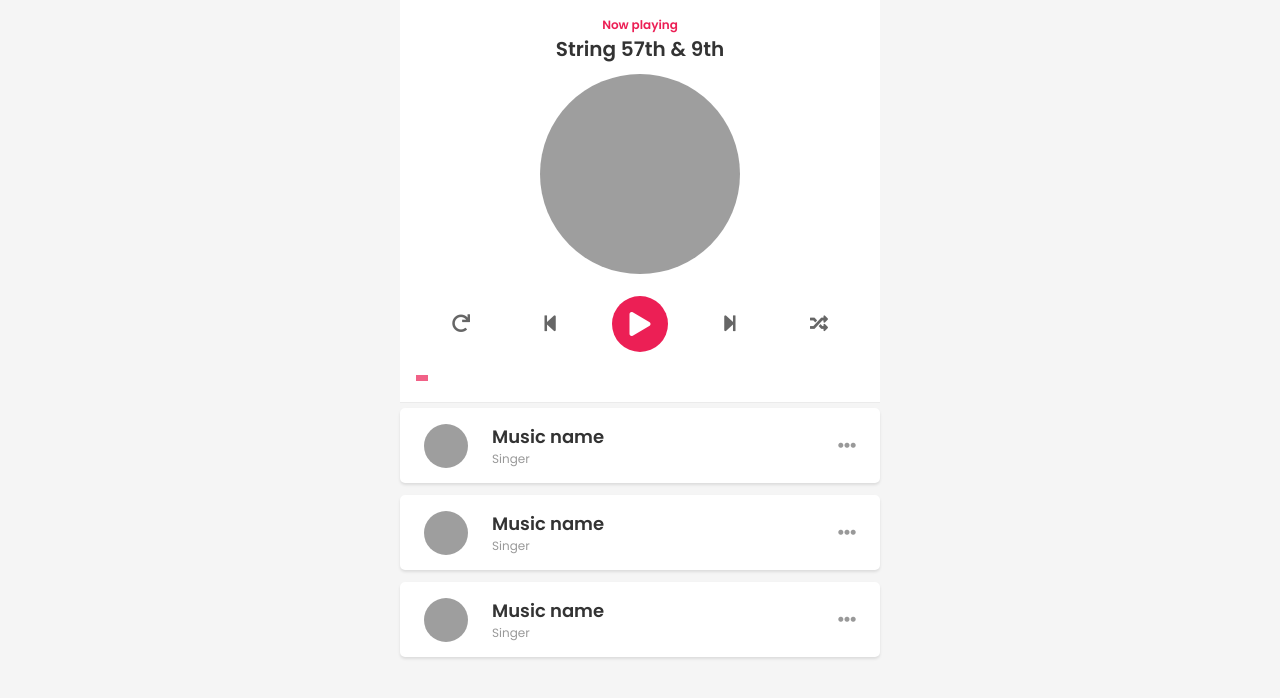
Repository: NBlue/Music_Player
Page: index.html
An editor plug-in stored every save of this project. The page is shown before and after the next save, followed by the edit.
The browser window is 1280 px wide. The pictures show the whole page.
Pictures or frames that could not be fetched are drawn as grey boxes.

Above is the page before, as saved 2021-10-12 23:30:05.

After the next save:
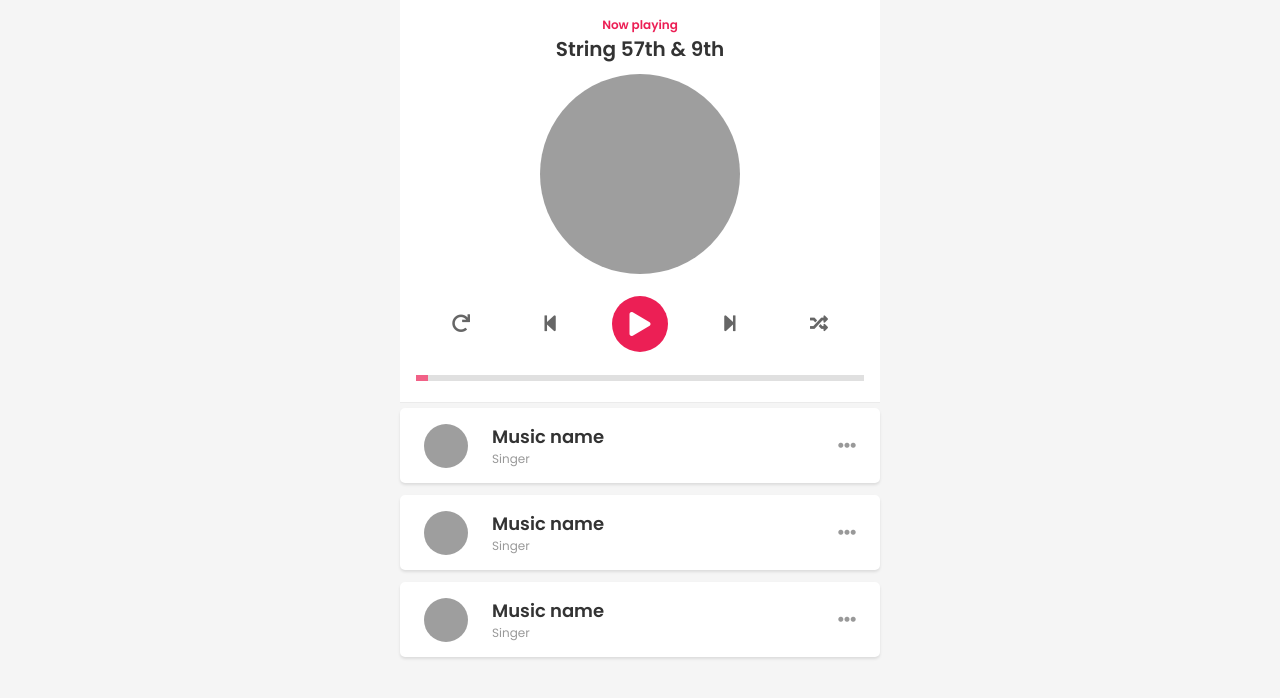
Saved 16 s later.
--- a/assets/css/style.css
+++ b/assets/css/style.css
@@ -112,7 +112,7 @@ header h2 {
     width: 100%;
     height: 6px;
     -webkit-appearance: none; /*ẩn cái thanh process*/
-    background: color #000;
+    background-color: #d3d3d3;
     outline: none;
     opacity: 0.7;
     -webkit-transition: 0.2s;
